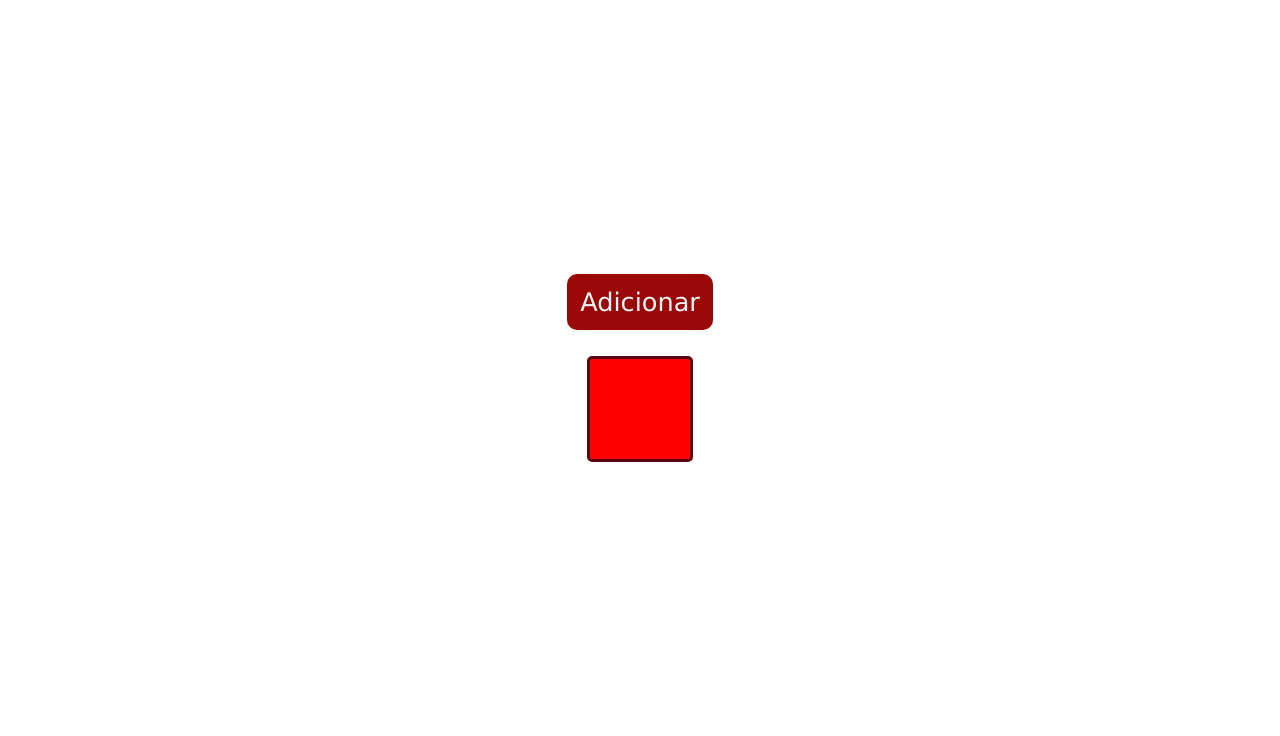
Repository: Orifiel/teste
Page: desafioMod2/desafioJavascript0201.html
These files come from the project's save history. The page is drawn as it stood at one moment and after the next save; the edit follows.
The browser window is 1280 px wide. The pictures show the whole page.
The pointer rests on the first visible `.button-container .getsquadred`.

Above is the page before, as saved 2020-08-12 15:18:30.

After the next save:
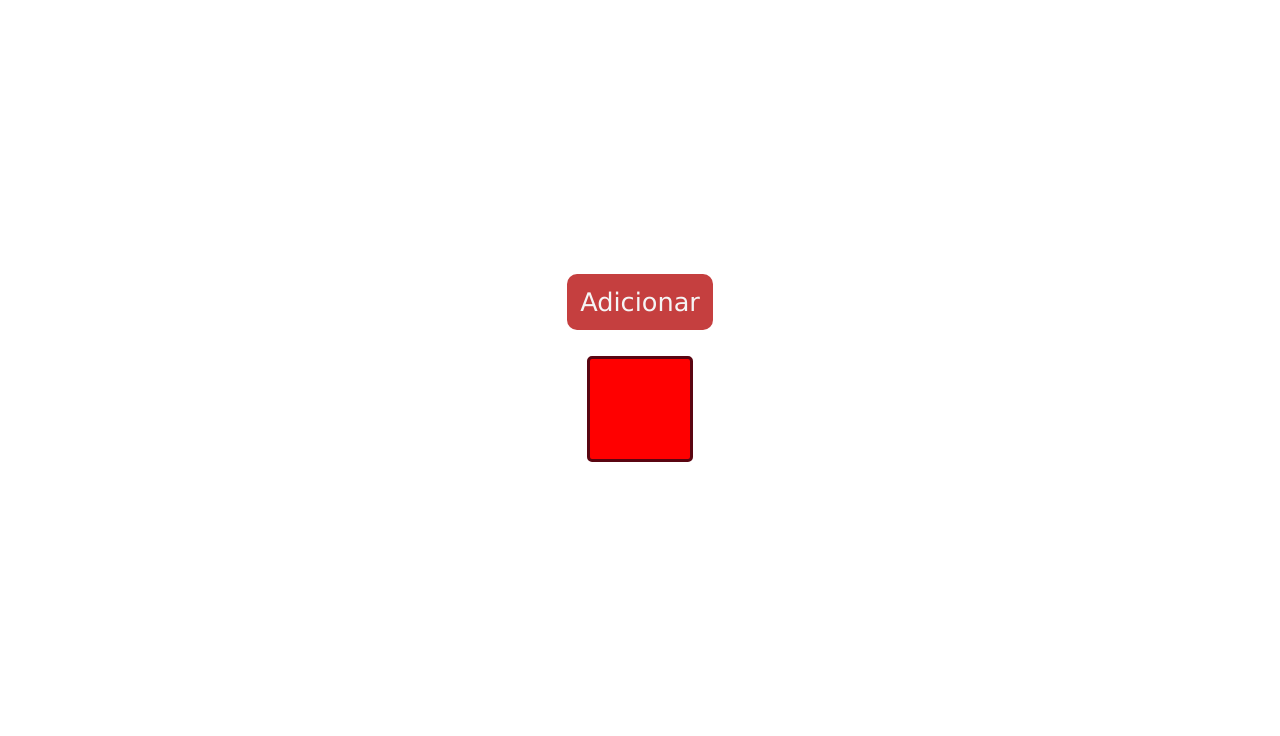
Saved 28 s later.
--- a/desafioMod2/desafioJavascript0201.html
+++ b/desafioMod2/desafioJavascript0201.html
@@ -34,6 +34,9 @@ aparecer na tela.
             color: whitesmoke;
             font-family: verdana;
         }
+        .button-container .getsquadred:hover{
+            background-color: rgb(197, 63, 63)
+        }
 
         .container-squads {
             width: 100px;
